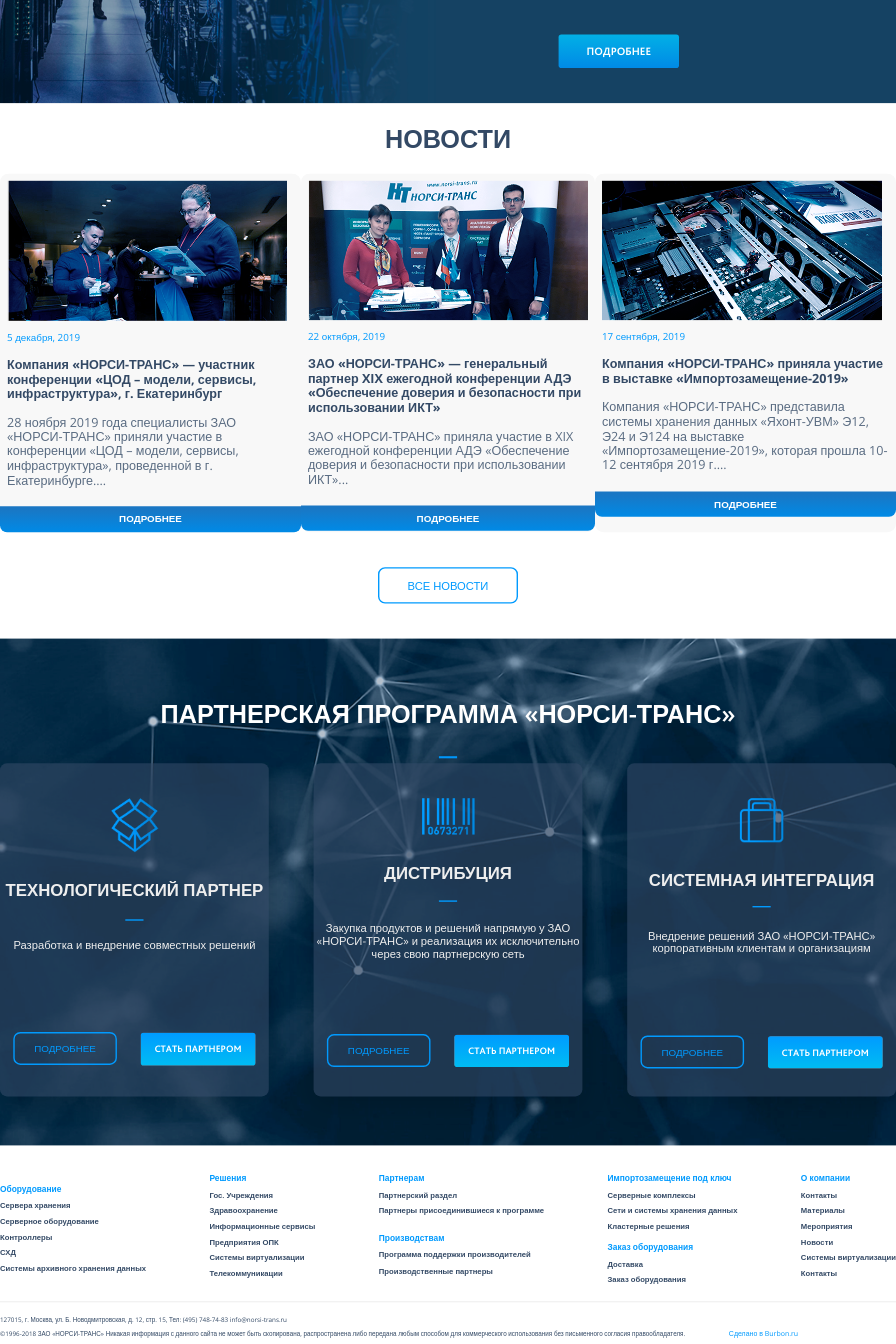
Repository: frostnn/testTaskBurbon
Page: app/index.html
An editor plug-in stored every save of this project. The page is shown before and after the next save, followed by the edit.
The browser window is 1280 px wide. The pictures show the part of the page from y = 1435 to 3355 px (the page is 3355 px tall), at 70% of full size.
The style sheet was rebuilt from its Sass, Less or Tailwind sources for each picture, by a compiler version that may differ from the author's.

Above is the page before, as saved 2020-07-16 09:56:26.

After the next save:
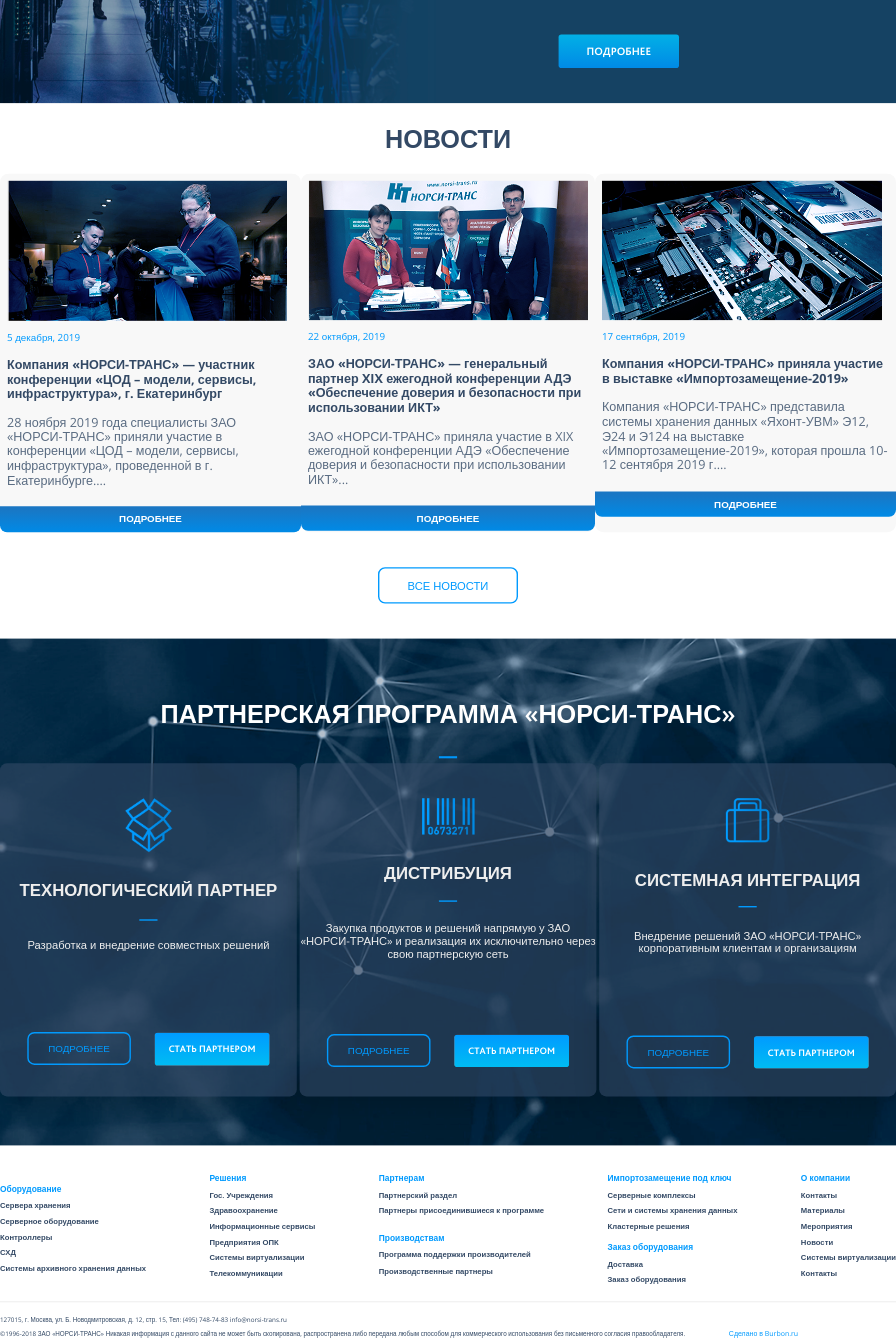
Saved 18 s later.
--- a/app/scss/_media.scss
+++ b/app/scss/_media.scss
@@ -59,7 +59,7 @@
     }
   }
   .program-block {
-    width: 384px;
+    width: 424px;
   }
   .program-block .program-block__btn-btn {
     padding: 15px 20px;
